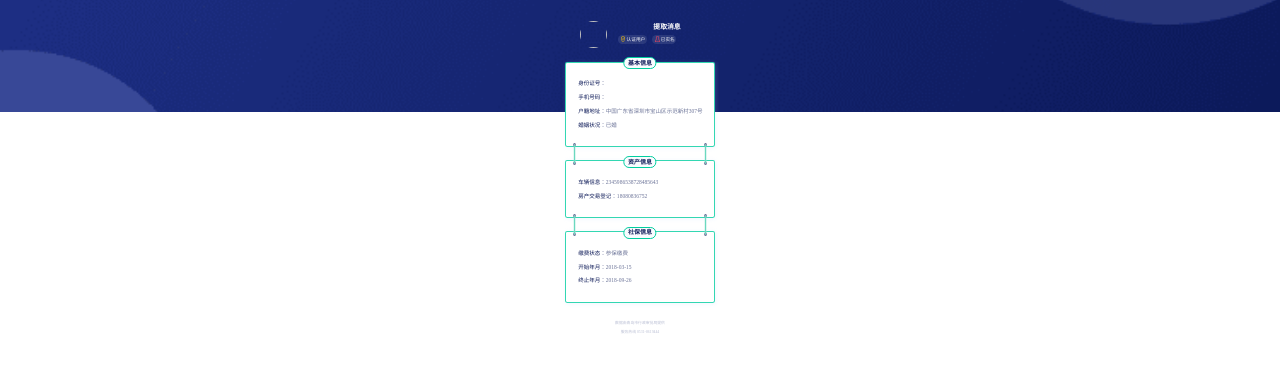
Repository: zlpstart/qingdao-new
Page: /Record
These files come from the project's save history. The page is drawn as it stood at one moment and after the next save; the edit follows.
The browser window is 1280 px wide. The pictures show the whole page.
The page's requests for data from a server got no answer. Some web fonts or font styles are not loaded; a fallback is used. The project was rebuilt for these pictures with package versions that can differ from the ones it lists, and the page was loaded fresh each time. No one was signed in, and anything a server would have sent is missing. Also part of the build but not shown: src/components/MySpace.vue, src/components/Home.vue, src/components/Enterprise.vue, src/components/Opinion.vue, src/components/Opinion2.vue, src/components/Car.vue, src/components/House.vue, src/components/License.vue and 5 more.

Above is the page before, as saved 2019-09-20 15:52:21.

### public/index.html
<!DOCTYPE html>
<html lang="en">
  <head>
    <meta charset="utf-8">
    <meta http-equiv="X-UA-Compatible" content="IE=edge">
    <meta name="viewport" content="width=device-width,initial-scale=1.0">
    <link rel="icon" href="<%= BASE_URL %>favicon.ico">
    <title></title>
  </head>
  <body>
    <noscript>
      <strong>We're sorry but zlp doesn't work properly without JavaScript enabled. Please enable it to continue.</strong>
    </noscript>
    <div id="app"></div>
    <!-- built files will be auto injected -->
  </body>
</html>

### src/main.js
import Vue from 'vue'
import './plugins/axios'
import App from './App.vue'
import 'lib-flexible'
import router from './router'
import axios from 'axios'


//vuex
import vuex from 'vuex'
Vue.use(vuex)



import 'babel-polyfill'
import Es6Promise from 'es6-promise'
import store from './store'
require('es6-promise').polyfill()
Es6Promise.polyfill()

Vue.config.productionTip = false
Vue.prototype.$ajax = axios


// import VueWechatTitle from 'vue-wechat-title'
// Vue.use(VueWechatTitle)


// 根据路由设置标题
router.beforeEach((to, from, next) => {
  /*路由发生改变修改页面的title */
  if(to.meta.title) {
    document.title = to.meta.title
  }
  next();
})


new Vue({
  router,
  store,
  render: h => h(App)
}).$mount('#app')

### src/App.vue
<template>
  <div id="app">
    <router-view></router-view>
  </div>
</template>

<script>
export default {
  data(){
    return {

    }
  },
}
</script>


<style>
* {
  padding: 0;
  margin:0;
}
  @font-face {
    font-family:'avenir';
    src:url('./assets/NotoSansHans-Medium.otf')
  }
  h1,h2,h3,h4,h5,h6,span,b,i,li,p {
    font-family: avenir
  }
</style>

### src/router.js
import Vue from 'vue'
import Router from 'vue-router'
import MySpace from './components/MySpace'
import Home from './components/Home'
import Enterprise from './components/Enterprise'
import Opinion from './components/Opinion'
import Opinion2 from './components/Opinion2'
import Record from './components/Record'
import Car from './components/Car'
import House from './components/House'
import License from './components/License'
import License2 from './components/License2'
import Footprint from './components/Footprint'
import Record2 from './components/Record2'
import Footprint2 from './components/Footprint2'
import NotFound from './components/NotFound'


Vue.use(Router)

export default new Router({
  mode: 'history',
  routes: [
    {
      path: '/',
      name: 'MySpace',
      component:MySpace,
      meta:{title:'青岛政务通'}
    },
    {
      path: '/Home',
      name: 'Home',
      component:Home,
      meta:{title:'导航栏'}
    },
    {
      path: '/Opinion',
      name: 'Opinion',
      component:Opinion,
      meta:{title:'意见反馈'}
    },
    {
      path: '/Enterprise',
      name: 'Enterprise',
      component:Enterprise,
      meta:{title:'企业空间'}
    },
    {
      path: '/Opinion2',
      name: 'Opinion2',
      component:Opinion2,
      meta:{title:'企业意见反馈'}
    },
    {
      path: '/Record',
      name: 'Record',
      component:Record,
      meta:{title:'我的档案'}
    },
    {
      path: '/Car',
      name: 'Car',
      component:Car,
      meta:{title:'车辆登记信息'}
    },
    {
      path: '/House',
      name: 'House',
      component:House,
      meta:{title:'房屋登记信息'}
    },
    {
      path: '/License',
      name: 'License',
      component:License,
      meta:{title:'我的证照'}
    },
    {
      path: '/Footprint',
      name: 'Footprint',
      component:Footprint,
      meta:{title:'我的足迹'}
    },
    {
      path: '/Record2',
      name: 'Record2',
      component:Record2,
      meta:{title:'企业档案'}
    },
    {
      path: '/Footprint2',
      name: 'Footprint2',
      component:Footprint2,
      meta:{title:'企业足迹'}
    },
    {
      path: '/License2',
      name: 'License2',
      component:License2,
      meta:{title:'企业证照'}
    },
    { /* 404必须是最后一个路由 */
      name: '404',
      path: '*',
      meta: {
          title: '找不到页面'
      },
      component: NotFound
  }
  ]
})

### src/store/index.js
import Vue from 'vue'
import Vuex from 'vuex'
import user from './modules/user'

Vue.use(Vuex)

export default new Vuex.Store({
    modules:{
        user
    }
})

### src/components/Record.vue
<template>
  <div>
    <!-- 个人档案 -->
    <div class="Record" v-if="!show">
      <TopBar></TopBar>
      <div class="header">
        <div class="header_wrap">
          <div class="header_left">
            <img :src="allUser.imgAddr" />
          </div>
          <div class="header_right">
            <div class="header_right_p">
              <p>{{allUser.realName}}</p>
            </div>
            <div class="header_right_span">
              <span>
                <img src="../assets/认证.png" alt />
                认证用户
              </span>
              <span>
                <img src="../assets/实名.png" alt />
                已实名
              </span>
            </div>
          </div>
        </div>
      </div>
      <div class="Record_content_box">
        <div class="legal_content">
          <div class="legal_title">
            <h1>基本信息</h1>
          </div>
          <ul>
            <li>
              <b>身份证号：</b>
              {{allUser.idCode}}
            </li>
            <li>
              <b>手机号码：</b>
              {{allUser.mobile}}
            </li>
            <li>
              <b>户籍地址：</b>中国广东省深圳市宝山区示范新村307号
            </li>
            <li>
              <b>婚姻状况：</b>已婚
            </li>
          </ul>
        </div>
        <div class="legal_content">
          <div class="decorate">
            <div class="decorate_left"></div>
            <div class="decorate_right"></div>
          </div>
          <div class="legal_title">
            <h1>资产信息</h1>
          </div>
          <ul>
            <li>
              <b>车辆信息：</b>2345986538728485643
            </li>
            <li>
              <b>房产交易登记：</b>18080836752
            </li>
          </ul>
        </div>
        <div class="legal_content">
          <div class="decorate">
            <div class="decorate_left"></div>
            <div class="decorate_right"></div>
          </div>
          <div class="legal_title">
            <h1>社保信息</h1>
          </div>
          <ul>
            <li>
              <b>缴费状态：</b>参保缴费
            </li>
            <li>
              <b>开始年月：</b>2018-03-15
            </li>
            <li>
              <b>终止年月：</b>2018-09-26
            </li>
          </ul>
        </div>
        <div class="kong"></div>
        <div class="bottom">
          <span></span>
          <p>数据由青岛市行政审批局提供</p>
          <span></span>
          <p>服务热线 0531-8619444</p>
        </div>
      </div>
    </div>

    <!-- 企业档案 -->
    <div class="Record" v-if="show">
      <TopBar></TopBar>
      <div class="header">
        <div class="header_wrap">
          <div class="header_left">
            <img :src="allUser.imgAddr" />
          </div>
          <div class="header_right">
            <div class="header_right_p">
              <p>{{allUser.realName}}</p>
              <p>提取消息</p>
            </div>
            <div class="header_right_span">
              <span>
                <img src="../assets/认证.png" alt />
                认证用户
              </span>
              <span>
                <img src="../assets/实名.png" alt />
                已实名
              </span>
            </div>
          </div>
        </div>
      </div>
      <div class="Record_content_box">
        <div class="legal_content">
          <div class="legal_title">
            <h1>基本信息</h1>
          </div>
          <ul>
            <li>
              <b>身份证号：</b>
              {{allUser.idCode}}
            </li>
            <li>
              <b>手机号码：</b>
              {{allUser.mobile}}
            </li>
            <li>
              <b>户籍地址：</b>中国广东省深圳市宝山区示范新村307号
            </li>
            <li>
              <b>婚姻状况：</b>已婚
            </li>
          </ul>
        </div>
        <div class="legal_content">
          <div class="decorate">
            <div class="decorate_left"></div>
            <div class="decorate_right"></div>
          </div>
          <div class="legal_title">
            <h1>资产信息</h1>
          </div>
          <ul>
            <li>
              <b>车辆信息：</b>2345986538728485643
            </li>
            <li>
              <b>房产交易登记：</b>18080836752
            </li>
          </ul>
        </div>
        <div class="legal_content">
          <div class="decorate">
            <div class="decorate_left"></div>
            <div class="decorate_right"></div>
          </div>
          <div class="legal_title">
            <h1>社保信息</h1>
          </div>
          <ul>
            <li>
              <b>缴费状态：</b>参保缴费
            </li>
            <li>
              <b>开始年月：</b>2018-03-15
            </li>
            <li>
              <b>终止年月：</b>2018-09-26
            </li>
          </ul>
        </div>
        <div class="kong"></div>
        <div class="bottom">
          <span></span>
          <p>数据由青岛市行政审批局提供</p>
          <span></span>
          <p>服务热线 0531-8619444</p>
        </div>
      </div>
    </div>
  </div>
</template>

<script>
import TopBar from "./TopBar";
import { mapGetters, mapActions } from "vuex";

export default {
  name: "Record",
  data() {
    return {};
  },
  components: {
    TopBar
  },
  methods: {
    to() {
      this.$router.go(0);
    },
    ...mapActions(["getUsers"])
  },
  created() {
    this.getUsers();
  },
  computed: {
    ...mapGetters(["allUser", "show"])
  }
};
</script>

<style scoped>
* {
  padding: 0;
  margin: 0;
}
ul {
  list-style: none;
}
a {
  text-decoration: none;
}
body {
  background: #f7faff;
}
.logo {
  width: 100%;
  height: 0.3733rem;
  position: absolute;
  top: 1.0133rem;
}
.logo_left p {
  float: left;
}
.logo_left p:nth-child(1) {
  margin-left: 0.3867rem;
}
.logo_left p:nth-child(2) {
  margin-left: 0.32rem;
}
.logo_left img {
  width: 0.4rem;
  height: 0.4rem;
}
.logo a {
  color: white;
}
.logo_title {
  width: 4.6333rem;
  margin: 0 auto;
  text-align: center;
}
.logo_title p {
  font-size: 0.4rem;
  font-weight: 500;
  color: rgba(255, 255, 255, 1);
}
.header {
  width: 100%;
  height: 1.7067rem;
  position: absolute;
  top: 1.32rem;
}
.header_wrap {
  width: 7.48rem;
  margin: 0 auto;
  padding: 0 0.72rem;
}
.header_left {
  width: 1.7067rem;
  height: 1.7067rem;
  float: left;
  border-radius: 1.7067rem;
  overflow: hidden;
}
.header_left img {
  width: 1.7067rem;
  height: 1.7067rem;
  background-size: 100%;
  overflow: hidden;
}
.header_right {
  width: 2.9rem;
  height: 1.3333rem;
  float: left;
  margin-left: 0.64rem;
}
.header_right_p p {
  font-size: 0.4267rem;
  font-weight: 500;
  color: rgba(255, 255, 255, 1);
}
.header_right_span {
  width: 5.2667rem;
  margin-top: 0.2267rem;
  height: 0.5867rem;
}
.header_right_span img {
  width: 0.2933rem;
  height: 0.3333rem;
  margin-left: 0.0933rem;
}
.header_right_span span {
  padding: 0.0933rem 0.0933rem 0.0933rem 0.0933rem;
  border-radius: 0.32rem;
  background: rgba(255, 255, 255, 0.1);
  float: left;
  margin-left: 0.32rem;
  font-size: 0.2933rem;
  font-weight: 500;
  color: rgba(255, 255, 255, 1);
}
.header_right_span span:nth-child(1) {
  margin-left: 0;
}
.legal_content li b {
  font-size: 0.3467rem;
  font-weight: 400;
  color: #0b1856;
}
.legal_content li {
  font-size: 0.3467rem;
  font-weight: 400;
  margin-top: 0.3733rem;
  color: rgba(11, 24, 86, 1);
}
.header_right_p p:nth-child(2) {
  width: 1.8533rem;
  font-size: 0.4267rem;
  font-family: PingFangSC;
  font-weight: 600;
  color: rgba(255, 255, 255, 1);
  margin-left: 2.2267rem;
}
.legal_content li:nth-child(1) {
  margin-top: 0;
}
.decorate {
  width: 8.4267rem;
  padding: 0 0.4267rem;
  position: absolute;
  top: -1.16rem;
  left: 0;
}
.decorate img {
  width: 100%;
  height: 100%;
}
.decorate_left {
  width: 0.24rem;
  background: url("../assets/连接.png") no-repeat center center;
  background-size: 100%;
  height: 1.36rem;
  float: left;
}
.decorate_right {
  width: 0.24rem;
  background: url("../assets/连接.png") no-repeat center center;
  height: 1.36rem;
  background-size: 100%;
  float: right;
}
.legal_content:nth-child(1).decorate {
  display: none;
}
.legal_content {
  width: 8.5067rem;
  background: rgba(255, 255, 255, 1);
  box-shadow: 0.0533rem 0.0533rem 0.2667rem 0rem rgba(173, 206, 255, 0.2);
  border-radius: 0.1333rem;
  border: 0.0133rem solid rgba(0, 206, 159, 0.8);
  margin: 0 auto;
  margin-top: 0.8267rem;
  position: relative;
  padding: 1.0133rem 0 1.0933rem 0.7733rem;
}
.legal_title {
  padding: 0.1033rem 0.2333rem;
  height: 0.42rem;
  background: rgba(250, 252, 255, 1);
  border-radius: 0.36rem;
  border: 0.0267rem solid rgba(0, 206, 159, 1);
  margin: 0 auto;
  line-height: 0.42rem;
  text-align: center;
  position: absolute;
  top: 0.3867rem;
  left: 50%;
  margin-top: -0.36rem;
  transform: translate(-50%, -50%);
}
.legal_title h1 {
  font-size: 0.3733rem;
  font-family: PingFangSC-Medium;
  color: rgba(11, 24, 86, 1);
}
.Record_content_box {
  width: 100%;
  position: absolute;
  top: 3.0267rem;
  left: 50%;
  transform: translate(-50%);
}
.kong {
  width: 100%;
  height: 1rem;
}
.bottom {
  width: 100%;
  height: 1.3333rem;
  line-height: 0.5667rem;
  text-align: center;
}
.bottom p {
  font-size: 0.24rem;
  font-weight: 400;
  color: #babfd4;
}
.legal_content ul li {
  font-size: 0.3467rem;
  font-weight: 400;
  color: #6c7498;
}
.legal_content ul li b {
  font-size: 0.3467rem;
  font-weight: 400;
  color: rgba(11, 24, 86, 1);
}
</style>

### src/store/modules/user.js
import axios from 'axios'

const state ={
    user:[],
    code:"",
    boy:require("../../assets/boy.png"),
    gril:require("../../assets/gril.png"),
    corporation:require("../../assets/corporation.png"),
    show:true
}

const getters = {
    allUser: state => state.user,
    userImg: state => state.img,
    boy: state => state.boy,
    gril: state => state.gril,
    show:state => state.show
}

const mutations = {
    // 更改user信息方法
    setUsers:(state,users) => (state.user = users),
    //获取用户code
    getCode:(state) => {
        let URL = window.location.href  // 获取到当前url
        var b = ""      //准备获取code
        if(URL.indexOf("=")>-1){ //判断url里最后一个=的位置 是否大于0
            b = URL.substring(URL.indexOf("=")+1,URL.length-16)  // 如果大于0 则截取URL的=后字符串
            window.localStorage.setItem("code",b)   //将URL的code 存入localStorage
        }
        state.code = window.localStorage.getItem("code")      //获取到localStorage 里的的code 并存入code变量
    },
}

const actions = {
     async getUsers({commit,state}){
        await commit("getCode")
        axios.get("http://120.55.60.206:18082/api/getUserInfo?code="+state.code) //请求接口
        .then(res => {
            // console.log("成功请求",res)
            res.data.category = 0
            if(res.data.category == 13){
                state.show = true
                // console.log(state.show)
                window.open("/")
                axios.get("http://120.55.60.206:18082/api/getNormalUserDetailInfo?code="+state.code)
                .then(i => {
                    // console.log(i.data)
                    if(i.data.imgAddr == ""){       //判断用户是否上传头像
                        if(i.data.gender == 0){     //判断用户是否是男人
                            i.data.imgAddr = state.boy    //把接口数据的空值 改成本地男生图片路径
                            // console.log(i.data.imgAddr)
                        }else{                      //判断用户是否是女人
                            i.data.imgAddr = state.gril   //把接口数据的空值 改成本地女生图片路径
                            // console.log(i.data.imgAddr)
                        }
                    }
                    commit("setUsers",i.data)
                })
                .catch(j => console.log(j))
            }else {
                state.show = false
                // console.log(state.show)
                window.open("/Enterprise")
                axios.get("http://120.55.60.206:18082/api/getNormalUserDetailInfo?code="+state.code)
                .then(a => {
                    // console.log(a.data)
                    if(a.data.imgAddr == ""){
                        a.data.imgAddr = state.corporation
                    }
                    commit("setUsers",a.data)
                })
                // .catch(b => console.log(b))
            }
            commit("setUsers",res.data)
        })
    }
}

export default {
    state,
    getters,
    mutations,
    actions
}

### src/components/TopBar.vue
<template>
    <div class="TopBar">

    </div>
</template>

<script>
export default {
    name:"TopBar",
    data(){
        return {

        }
    },
    methods:{

    },
}
</script>

<style scoped>
* {
    padding: 0;
    margin: 0;
}
ul {
    list-style: none;
}
a {
    text-decoration: none;
}
body {
    background: #F7FAFF;
}
.TopBar {
    width: 100%;
    height: 7.0267rem;
    background: url("../assets/topbackground.png")no-repeat center center;
    background-size:100%;
}

</style>

Loaded but not shown: src/plugins/axios.js (common file)

After the next save:
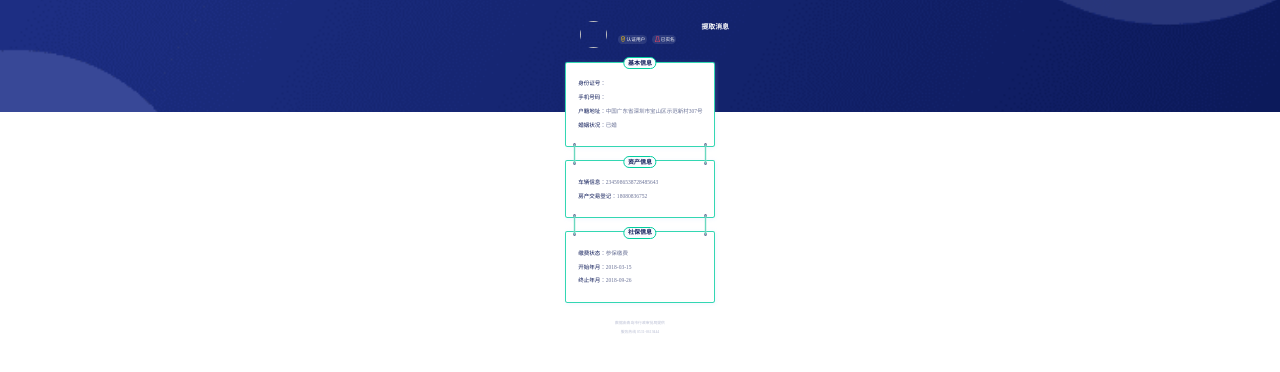
Saved 43 s later.
--- a/src/components/Record.vue
+++ b/src/components/Record.vue
@@ -339,7 +339,7 @@ body {
   font-family: PingFangSC;
   font-weight: 600;
   color: rgba(255, 255, 255, 1);
-  margin-left: 2.2267rem;
+  margin-left: 5.24rem;
 }
 .legal_content li:nth-child(1) {
   margin-top: 0;
